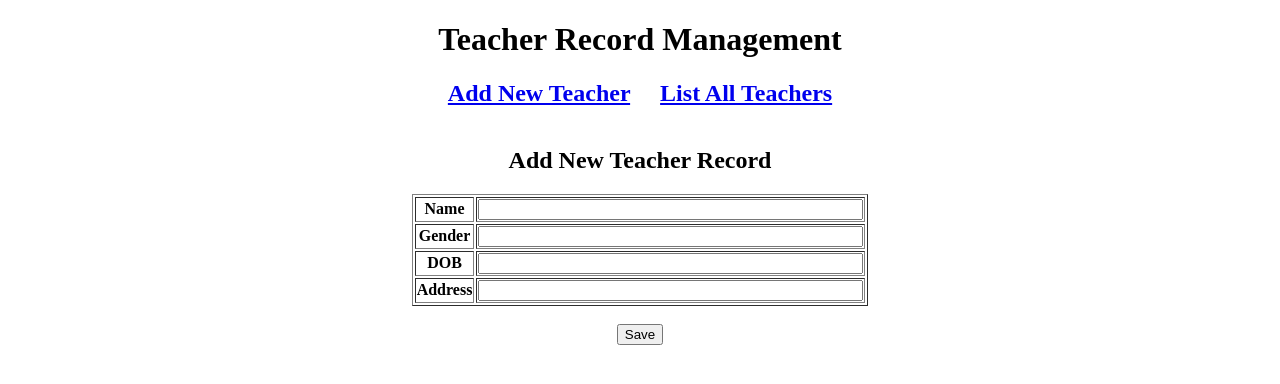
Repository: ashkumar661/Phase-2-Project
Page: http://localhost/crud-example/teacher-form.jsp
An editor plug-in stored every save of this project. The page is shown before and after the next save, followed by the edit.
The browser window is 1280 px wide. The pictures show the whole page.
The page is served by Tomcat 9.

Above is the page before, as saved 2022-05-20 18:38:54.

After the next save:
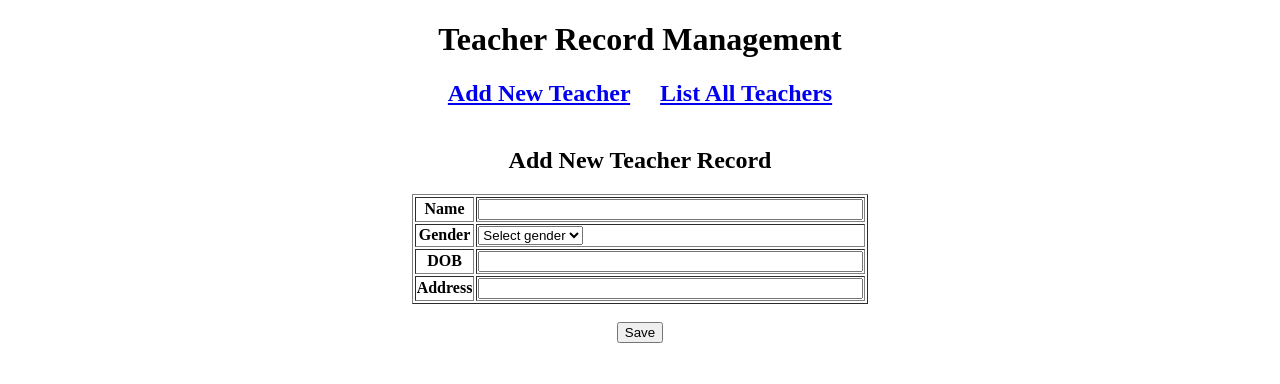
Saved 6 min 51 s later.
--- a/crud-example/src/main/webapp/teacher-form.jsp
+++ b/crud-example/src/main/webapp/teacher-form.jsp
@@ -44,8 +44,24 @@
 			</tr>
 			<tr>
 				<th>Gender</th>
-				<td><input type="text" name="gender" size="45"
-					value="<c:out value='${userTeacher.gender}' />" /></td>
+				<td><select name="gender" id="gender">
+						<c:if test="${userStudent == null}">
+							<option disabled value="" selected>Select gender</option>
+
+							<option value="Male">Male</option>
+							<option value="Female">Female</option>
+						</c:if>
+						<c:if test="${userStudent != null}">
+							<option value='<c:out value="${userStudent.gender}"/>'><c:out
+									value="${userStudent.gender}" /></option>
+							<c:if test="${userStudent.gender == 'Male'}">
+								<option value="Female">Female</option>
+							</c:if>
+							<c:if test="${userStudent.gender == 'Female'}">
+								<option value="Male">Male</option>
+							</c:if>
+						</c:if>
+				</select></td>
 			</tr>
 			<tr>
 				<th>DOB</th>
